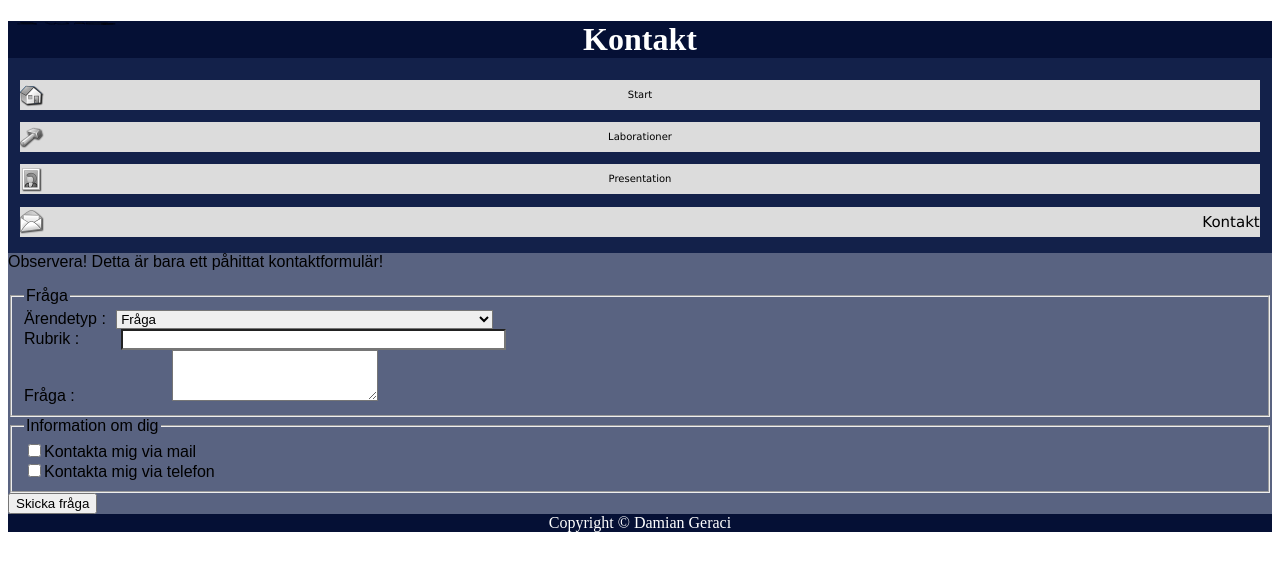
Repository: dg222dm/1ik415-laborationer
Page: pages/kontakt.html
The author's editor kept a record of every edit. The page is drawn from the files as they stood at one moment, then again after the next edit.
The browser window is 1280 px wide. The pictures show the whole page.

Above is the page before.

### pages/kontakt.html
<!doctype html>
<html lang="sv">
    <head>
        <link rel="stylesheet"  href="../css/style.css" media="screen" />
        <link rel="stylesheet"  href="../css/printfriendly.css" media="print" />
        <meta name="viewport" content="width=device-width; initial-scale=1; maximum-scale=1">
        <link rel="stylesheet"  href="../css/mobile.css" />
        <meta charset="utf-8" />
        <title>Kontakt</title>
    </head>
    <body>
        <div id="background">
        <div id="header">
            <h1>Kontakt</h1>
        </div>
        <div id ="nav">
        <!--Lista med länkar -->
            <ul>
                <li><a id="home-icon" href="../index.html">Start</a></li>
                <li><a id="tool-icon" href="laborationer.html">Laborationer</a></li>
                <li><a id="presentation-icon" href="presentation.html">Presentation</a></li>
                <li class="active"><a id="contact-icon" href="kontakt.html" >Kontakt</a></li>

    <!--Slut på länk lista -->
            </ul>
        </div>
        <div id="content">
        <article>
            <p>Observera! Detta är bara ett påhittat kontaktformulär!</p>
            <form method="post" action="http://voyager.lnu.se/tekinet/kurser/dtt/wp_webbintro/form.php">

                <fieldset>
                    <legend>Fråga</legend>

                    <label for="arendetyp">Ärendetyp :</label>
                    <select name="arendetyp" id="text3">
                          <option value="fråga">Fråga</option>
                          <option value="test">test</option>
                    </select><br />

                    <label for="rubrik">Rubrik :</label><input type="text" id="text" name="rubrik"><br />

                   <label for="fraga">Fråga :
                        <textarea name="fraga" id="text2" rows="3" cols="25"></textarea></label>
                </fieldset>
                <fieldset>
                    <legend>Information om dig</legend>
                    <input type="checkbox" name="kontaktamigviamail" value="mail">Kontakta mig via mail<br />
                    <input type="checkbox" name="kontaktamigviatelefon" value="telefon">Kontakta mig via telefon
                </fieldset>
                <!-- fråga läraren -->
                <input type="submit" name="knapp" value="Skicka fråga" />
            </form>
        </article>
        </div>
        <div id="footer">
            Copyright © Damian Geraci
        </div>
        </div>
    </body>
</html>

### css/style.css
#header {
    width:1024px;
    background-color:#051035;
    color:white;
    text-align:center;
    background-image: url(../css/pics/svgLogo.svg);
    background-size: 100px 100px;
    background-position: left -20px;
    background-repeat: no-repeat;

}
#nav ul{
    line-height:30px;
    background-color:#13214A;
    list-style-type: none;
    font-family: verdana;
    font-size:10px;
    float:left;
    padding: 0;
    text-align:center;


}

#nav li{
    margin: 10px ; /*Mellan rum mellan list items*/

}

.active {
    font-size:15px;
    text-align:right;
}

#nav a{
    display: block;
    width: 130px;
    background-color: #dcdcdc;
    text-decoration: none; /*tar bort understräcken*/
    background-image: url(../css/pics/sprite.png);
    background-repeat:no-repeat;
}

#home-icon { background-position: 0 -44px}
#home-icon:hover {background-position: 0px 4px}

#tool-icon { background-position: 0px -140px}
#tool-icon:hover {background-position: 0 -92px}

#presentation-icon { background-position: 0px -236px}
#presentation-icon:hover {background-position: 0 -188px}

#contact-icon { background-position: 0px -333px}
#contact-icon:hover {background-position: 0 -285px}

#nav a:link, #nav a:active, #nav a:visited {
    color: #000000;
}



#background {
    width:1024px;
    height:auto;
    margin:0 auto;
    background-color:#13214A;
}



#footer {
    background-color:#051035;
    width:1024px;
    color:white;
    clear:both;
    text-align:center;

}

#content {
  width: 730px;
  float:left;
  background-color:#596381;
  height: auto;
  font-family: sans-serif;

}

.right {
    float: right;
    border:1px solid #021a40;
    padding: 1px;
}
.left {
    float: left;
    border:1px solid #021a40;
    padding: 1px;
}

.center {
    margin-left:220px;

  }

  table, td, th {
    border: 1px  solid;
}

th {
    background-color: green;
    color: white;
}

#text {
    border-radius:5px;
    margin-left:35px;
    width: 180px;
}

#text2 {
    max-width:600px;
    width:180px;
    max-height:100px;
    border-radius:5px;
    margin-left:35px;
}

#text3 {
    border-radius:5px;
    width:180px;
    margin-left: 5px;
}

/*
header färg: #051035
nav fönster färg: #3E496F
bakgrundsfärg: #13214A
content färg: #596381
footer färg: #051035

*/

### css/mobile.css
@media screen and (max-width: 481px) {
#content {
	width: 100%;
	float: none;
}
#sidebar {
	width: 100%;
	float: none;
}

img {
	max-width: 100%;
	height: auto;
	width: auto\9; /* ie8 */
}
}
#header {
    width:100%;
    background-color:#051035;
    color:white;
    text-align:center;
    background-image: url(../css/pics/svgLogo.svg);
    background-size: 9.76% 9.76%;
    background-position: left 1.9%;
    background-repeat: no-repeat;

}
#nav ul{
    line-height:30px;
    background-color:#13214A;
    list-style-type: none;
    font-family: verdana;
    font-size:10px;
    padding: 0;
    float:none;
    text-align:center;


}

#nav li{
    margin: 0.97% ; /*Mellan rum mellan list items*/

}

.active {
    font-size:15px;
    text-align:right;
}

#nav a{
    display: block;
    width: 100%;
    background-color: #dcdcdc;
    text-decoration: none; /*tar bort understräcken*/
    background-image: url(../css/pics/sprite.png);
    background-repeat:no-repeat;
}

#home-icon { background-position: 0 -44px}
#home-icon:hover {background-position: 0px 4px}

#tool-icon { background-position: 0px -140px}
#tool-icon:hover {background-position: 0 -92px}

#presentation-icon { background-position: 0px -236px}
#presentation-icon:hover {background-position: 0 -188px}

#contact-icon { background-position: 0px -333px}
#contact-icon:hover {background-position: 0 -285px}

#nav a:link, #nav a:active, #nav a:visited {
    color: #000000;
}



#background {
    width:100%;
    height:auto;
    margin:0 auto;
    background-color:#13214A;
}



#footer {
    background-color:#051035;
    width:100%;
    color:white;
    clear:both;
    text-align:center;

}

#content {
  width: 100%;
  float:none;
  background-color:#596381;
  height: auto;
  font-family: sans-serif;

}

.right {
    float: right;
    border:1px solid #021a40;
    padding: 1px;
}
.left {
    float: left;
    border:1px solid #021a40;
    padding: 1px;
}

.center {
    margin-left:21.48%;

  }

  table, td, th {
    border: 1px  solid;
}

th {
    background-color: green;
    color: white;
}

#text {
    border-radius:0.48%;
    margin-left:3.41%;
    width: 30.57%;
}

#text2 {
    max-width:200px;
    width:30.57%;
    max-height:100px;
    border-radius:0.48%;
    margin-left:7.5%;
}

#text3 {
    border-radius:0.48%;
    width:30.57%;
    margin-left: 0.48%;
}

/*
header färg: #051035
nav fönster färg: #3E496F
bakgrundsfärg: #13214A
content färg: #596381
footer färg: #051035

*/

### css/printfriendly.css
body {
    background-color: white;
    color: black;
    font-family: Times,
    "Times New Roman",
    Garamond, serif;
}

#nav {
    display: none;
}

img {
    display: none;
}

video {
    display: none;
}

#header h1 {
    background-color: black;
    font-size: 24pt;
    text-align: center;
    text-transform: uppercase;
    font-family: Helvetica,
    Arial, Verdana, sans-serif;
    padding: 7pt;
}

#header h1 a {
    color: white;
}

#content h2 {
    padding: 0;
    margin: 0;
    font-size: 20pt;
    border-bottom: 1px solid black;
}

#content h3 {
    padding: 0;
    margin: 0;
    text-align: left;
    font-style: italic;
}

#content h4 {
    font-family: Helvetica,
    Verdana, Arial,
    sans-serif;
    border-top: 3pt solid black;
    background-color: #BEBEBE;
    /* ~30% black*/
    padding: 12pt;
    margin: 0;
}

#content p {
    line-height: 18pt;
}



#content a:after {
    content: " <"
    attr(href) "> ";
    font-family:courier, monospace;
    font-weight: normal;
}

a {
    text-decoration: none;
    font-weight: bold;
    color: #626466;
}

#footer {
    border-top: 1px solid #000;
    text-align: center;
    font-family: Helvetica,
    Verdana, Arial,
    sans-serif;
}

  table, td, th {
    border: 1px  solid;
}

th {
    background-color: White;
    color: Black;
}

After the next edit:
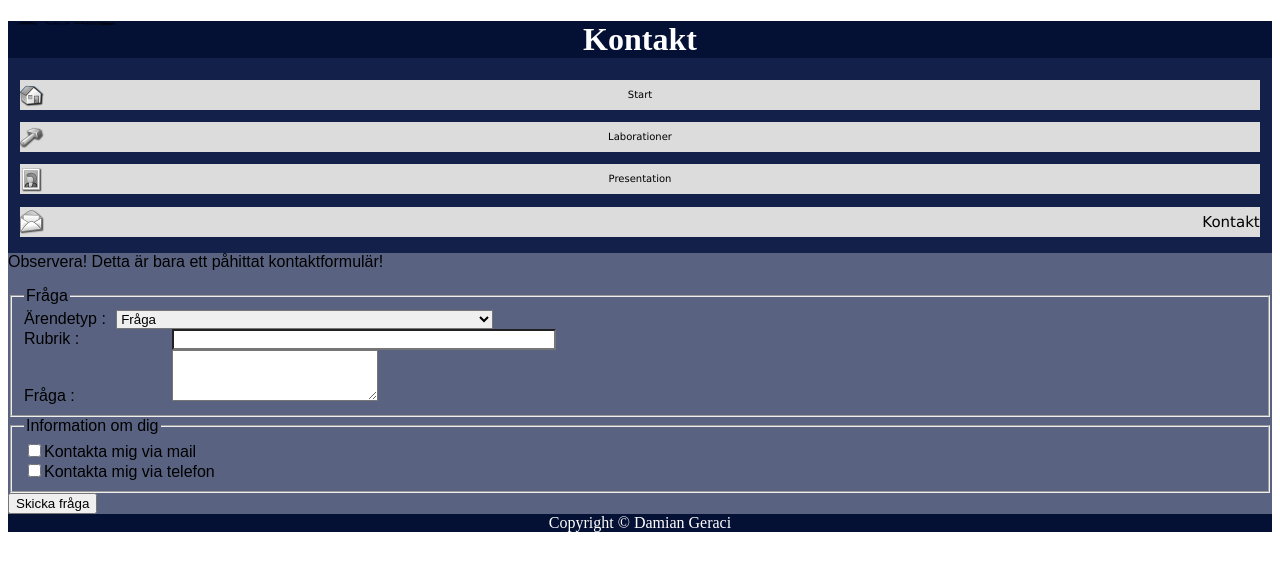
The edit:
--- a/css/mobile.css
+++ b/css/mobile.css
@@ -129,7 +129,7 @@
 
 #text {
     border-radius:0.48%;
-    margin-left:3.41%;
+    margin-left:7.5%;
     width: 30.57%;
 }
 
